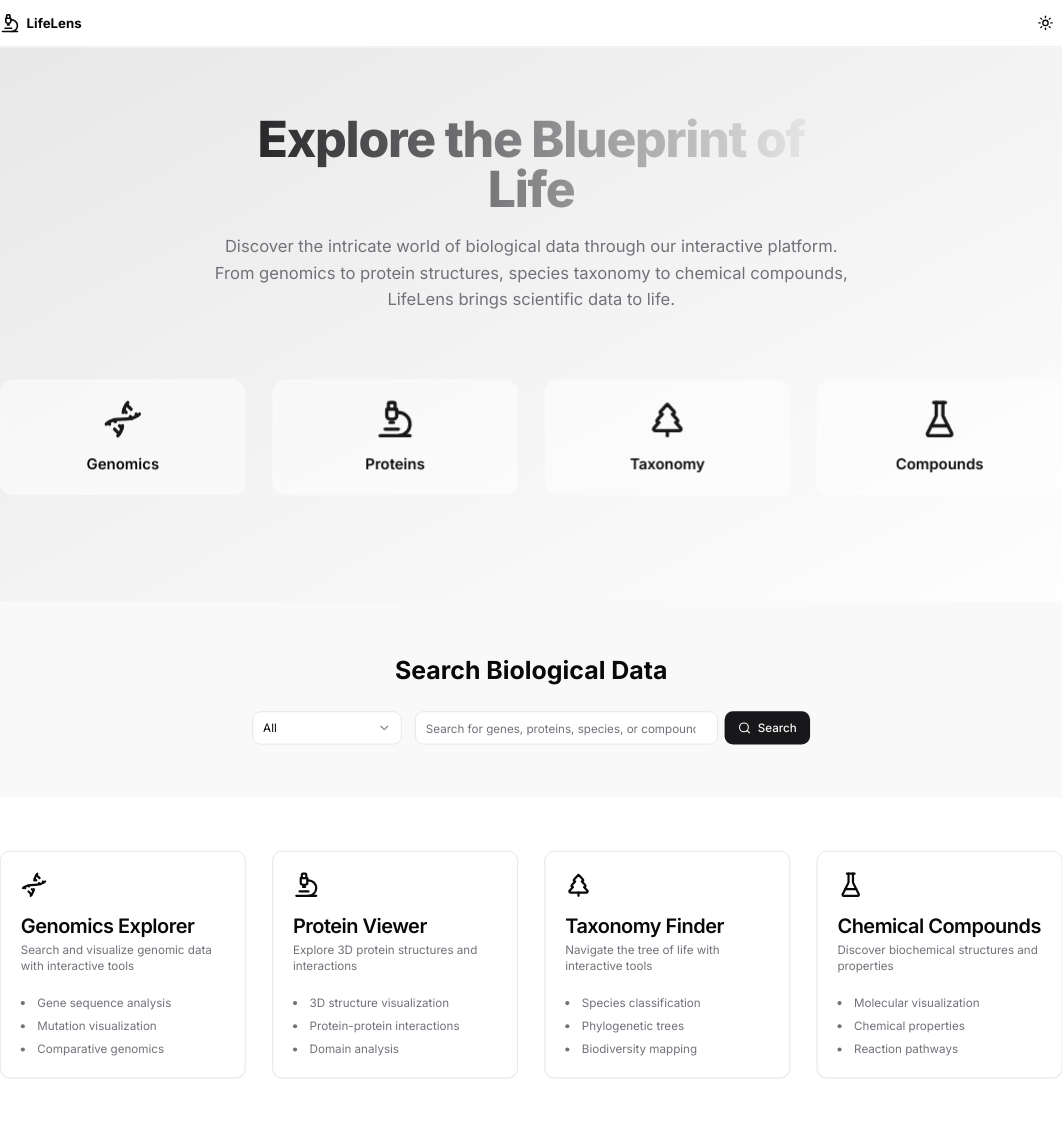
Repository: AlexMercer00/LifeLens
Page: /
An editor plug-in stored every save of this project. The page is shown before and after the next save, followed by the edit.
The browser window is 1280 px wide. The pictures show the whole page, at 83% of full size.
The project was rebuilt for these pictures with package versions that can differ from the ones it lists, and the page was loaded fresh each time. The framework's server and built-in components were replaced by stand-ins that run in the browser. Also part of the build but not shown: next.config.js, components/ui/tabs.tsx, components/ui/badge.tsx, components/search-results.tsx.

Above is the page before, as saved 2024-11-17 14:57:18.

### app/layout.tsx
import type { Metadata } from 'next';
import { Inter } from 'next/font/google';
import { ThemeProvider } from '@/components/theme-provider';
import { Navigation } from '@/components/navigation';
import { Toaster } from '@/components/ui/toaster';
import './globals.css';

const inter = Inter({ subsets: ['latin'] });

export const metadata: Metadata = {
  title: 'LifeLens - Explore the Blueprint of Life Through Data',
  description: 'Discover and visualize biological data including genes, proteins, species, and chemical compounds through an interactive platform.',
};

export default function RootLayout({
  children,
}: {
  children: React.ReactNode;
}) {
  return (
    <html lang="en" suppressHydrationWarning>
      <body className={inter.className}>
        <ThemeProvider
          attribute="class"
          defaultTheme="system"
          enableSystem
          disableTransitionOnChange
        >
          <Navigation />
          <main className="min-h-screen bg-background">
            {children}
          </main>
          <Toaster />
        </ThemeProvider>
      </body>
    </html>
  );
}

### app/page.tsx
import { Hero } from '@/components/hero';
import { Features } from '@/components/features';
import { SearchSection } from '@/components/search-section';

export default function Home() {
  return (
    <div className="flex flex-col min-h-screen">
      <Hero />
      <SearchSection />
      <Features />
    </div>
  );
}

### components/navigation.tsx
// components/navigation.tsx
"use client";

import Link from "next/link";
import { ModeToggle } from "./mode-toggle";
import { Microscope } from 'lucide-react';

export function Navigation() {
  return (
    <header className="sticky top-0 z-50 w-full border-b bg-background/95 backdrop-blur supports-[backdrop-filter]:bg-background/60">
      <div className="container flex h-14 items-center justify-between">
        <Link href="/" className="flex items-center space-x-2">
          <Microscope className="h-6 w-6" />
          <span className="font-bold">LifeLens</span>
        </Link>
        <ModeToggle />
      </div>
    </header>
  );
}

### components/ui/toaster.tsx
'use client';

import { useToast } from '@/hooks/use-toast';
import {
  Toast,
  ToastClose,
  ToastDescription,
  ToastProvider,
  ToastTitle,
  ToastViewport,
} from '@/components/ui/toast';

export function Toaster() {
  const { toasts } = useToast();

  return (
    <ToastProvider>
      {toasts.map(function ({ id, title, description, action, ...props }) {
        return (
          <Toast key={id} {...props}>
            <div className="grid gap-1">
              {title && <ToastTitle>{title}</ToastTitle>}
              {description && (
                <ToastDescription>{description}</ToastDescription>
              )}
            </div>
            {action}
            <ToastClose />
          </Toast>
        );
      })}
      <ToastViewport />
    </ToastProvider>
  );
}

### app/globals.css
@tailwind base;
@tailwind components;
@tailwind utilities;

@layer base {
  :root {
    --background: 0 0% 100%;
    --foreground: 240 10% 3.9%;
    --card: 0 0% 100%;
    --card-foreground: 240 10% 3.9%;
    --popover: 0 0% 100%;
    --popover-foreground: 240 10% 3.9%;
    --primary: 240 5.9% 10%;
    --primary-foreground: 0 0% 98%;
    --secondary: 240 4.8% 95.9%;
    --secondary-foreground: 240 5.9% 10%;
    --muted: 240 4.8% 95.9%;
    --muted-foreground: 240 3.8% 46.1%;
    --accent: 240 4.8% 95.9%;
    --accent-foreground: 240 5.9% 10%;
    --destructive: 0 84.2% 60.2%;
    --destructive-foreground: 0 0% 98%;
    --border: 240 5.9% 90%;
    --input: 240 5.9% 90%;
    --ring: 240 5.9% 10%;
    --radius: 0.75rem;
  }

  .dark {
    --background: 240 10% 3.9%;
    --foreground: 0 0% 98%;
    --card: 240 10% 3.9%;
    --card-foreground: 0 0% 98%;
    --popover: 240 10% 3.9%;
    --popover-foreground: 0 0% 98%;
    --primary: 0 0% 98%;
    --primary-foreground: 240 5.9% 10%;
    --secondary: 240 3.7% 15.9%;
    --secondary-foreground: 0 0% 98%;
    --muted: 240 3.7% 15.9%;
    --muted-foreground: 240 5% 64.9%;
    --accent: 240 3.7% 15.9%;
    --accent-foreground: 0 0% 98%;
    --destructive: 0 62.8% 30.6%;
    --destructive-foreground: 0 0% 98%;
    --border: 240 3.7% 15.9%;
    --input: 240 3.7% 15.9%;
    --ring: 240 4.9% 83.9%;
  }
}

@layer base {
  * {
    @apply border-border;
  }
  body {
    @apply bg-background text-foreground;
  }
}

.gradient-bg {
  background: radial-gradient(circle at top right, hsl(var(--primary)), transparent),
              radial-gradient(circle at bottom left, hsl(var(--secondary)), transparent);
  opacity: 0.15;
}

### components/features.tsx
import {
  Card,
  CardContent,
  CardDescription,
  CardHeader,
  CardTitle,
} from "@/components/ui/card";
import { Dna, Microscope, TreePine, FlaskConical } from 'lucide-react';

export function Features() {
  return (
    <section className="py-16">
      <div className="container">
        <div className="grid gap-8 md:grid-cols-2 lg:grid-cols-4">
          <Card>
            <CardHeader>
              <Dna className="h-8 w-8 mb-4" />
              <CardTitle>Genomics Explorer</CardTitle>
              <CardDescription>
                Search and visualize genomic data with interactive tools
              </CardDescription>
            </CardHeader>
            <CardContent>
              <ul className="list-disc list-inside space-y-2 text-sm text-muted-foreground">
                <li>Gene sequence analysis</li>
                <li>Mutation visualization</li>
                <li>Comparative genomics</li>
              </ul>
            </CardContent>
          </Card>

          <Card>
            <CardHeader>
              <Microscope className="h-8 w-8 mb-4" />
              <CardTitle>Protein Viewer</CardTitle>
              <CardDescription>
                Explore 3D protein structures and interactions
              </CardDescription>
            </CardHeader>
            <CardContent>
              <ul className="list-disc list-inside space-y-2 text-sm text-muted-foreground">
                <li>3D structure visualization</li>
                <li>Protein-protein interactions</li>
                <li>Domain analysis</li>
              </ul>
            </CardContent>
          </Card>

          <Card>
            <CardHeader>
              <TreePine className="h-8 w-8 mb-4" />
              <CardTitle>Taxonomy Finder</CardTitle>
              <CardDescription>
                Navigate the tree of life with interactive tools
              </CardDescription>
            </CardHeader>
            <CardContent>
              <ul className="list-disc list-inside space-y-2 text-sm text-muted-foreground">
                <li>Species classification</li>
                <li>Phylogenetic trees</li>
                <li>Biodiversity mapping</li>
              </ul>
            </CardContent>
          </Card>

          <Card>
            <CardHeader>
              <FlaskConical className="h-8 w-8 mb-4" />
              <CardTitle>Chemical Compounds</CardTitle>
              <CardDescription>
                Discover biochemical structures and properties
              </CardDescription>
            </CardHeader>
            <CardContent>
              <ul className="list-disc list-inside space-y-2 text-sm text-muted-foreground">
                <li>Molecular visualization</li>
                <li>Chemical properties</li>
                <li>Reaction pathways</li>
              </ul>
            </CardContent>
          </Card>
        </div>
      </div>
    </section>
  );
}

### components/search-section.tsx
"use client"

import { useState } from "react"
import { useSearch } from "@/hooks/use-search"
import { SearchResults } from "@/components/search-results"
import { SearchBar } from "@/components/search-bar"

export function SearchSection() {
  const { genes, proteins, compounds, loading, error, search } = useSearch()
  const [searchPerformed, setSearchPerformed] = useState(false)

  const handleSearch = (query: string, type: string) => {
    search(query, type)
    setSearchPerformed(true)
  }

  return (
    <section className="py-16 bg-muted/50">
      <div className="container">
        <div className="max-w-2xl mx-auto">
          <h2 className="text-3xl font-bold text-center mb-8">
            Search Biological Data
          </h2>
          <SearchBar onSearch={handleSearch} loading={loading} />

          {error && (
            <div className="text-red-500 text-center mt-4">{error}</div>
          )}

          {searchPerformed && !loading && !error && (
            <div className="mt-8">
              <SearchResults
                genes={genes}
                proteins={proteins}
                compounds={compounds}
                searchType={genes.length > 0 ? "genes" : proteins.length > 0 ? "proteins" : "compounds"}
              />
            </div>
          )}

          {searchPerformed && !loading && !error && genes.length === 0 && proteins.length === 0 && compounds.length === 0 && (
            <div className="text-center mt-8 text-muted-foreground">
              No results found. Please try a different search query.
            </div>
          )}
        </div>
      </div>
    </section>
  )
}

### components/mode-toggle.tsx
"use client";

import * as React from "react";
import { Moon, Sun } from "lucide-react";
import { useTheme } from "next-themes";
import { Button } from "@/components/ui/button";

export function ModeToggle() {
  const { theme, setTheme } = useTheme();

  return (
    <Button
      variant="ghost"
      size="icon"
      onClick={() => setTheme(theme === "light" ? "dark" : "light")}
    >
      <Sun className="h-[1.2rem] w-[1.2rem] rotate-0 scale-100 transition-all dark:-rotate-90 dark:scale-0" />
      <Moon className="absolute h-[1.2rem] w-[1.2rem] rotate-90 scale-0 transition-all dark:rotate-0 dark:scale-100" />
      <span className="sr-only">Toggle theme</span>
    </Button>
  );
}

### components/ui/card.tsx
import * as React from 'react';

import { cn } from '@/lib/utils';

const Card = React.forwardRef<
  HTMLDivElement,
  React.HTMLAttributes<HTMLDivElement>
>(({ className, ...props }, ref) => (
  <div
    ref={ref}
    className={cn(
      'rounded-lg border bg-card text-card-foreground shadow-sm',
      className
    )}
    {...props}
  />
));
Card.displayName = 'Card';

const CardHeader = React.forwardRef<
  HTMLDivElement,
  React.HTMLAttributes<HTMLDivElement>
>(({ className, ...props }, ref) => (
  <div
    ref={ref}
    className={cn('flex flex-col space-y-1.5 p-6', className)}
    {...props}
  />
));
CardHeader.displayName = 'CardHeader';

const CardTitle = React.forwardRef<
  HTMLParagraphElement,
  React.HTMLAttributes<HTMLHeadingElement>
>(({ className, ...props }, ref) => (
  <h3
    ref={ref}
    className={cn(
      'text-2xl font-semibold leading-none tracking-tight',
      className
    )}
    {...props}
  />
));
CardTitle.displayName = 'CardTitle';

const CardDescription = React.forwardRef<
  HTMLParagraphElement,
  React.HTMLAttributes<HTMLParagraphElement>
>(({ className, ...props }, ref) => (
  <p
    ref={ref}
    className={cn('text-sm text-muted-foreground', className)}
    {...props}
  />
));
CardDescription.displayName = 'CardDescription';

const CardContent = React.forwardRef<
  HTMLDivElement,
  React.HTMLAttributes<HTMLDivElement>
>(({ className, ...props }, ref) => (
  <div ref={ref} className={cn('p-6 pt-0', className)} {...props} />
));
CardContent.displayName = 'CardContent';

const CardFooter = React.forwardRef<
  HTMLDivElement,
  React.HTMLAttributes<HTMLDivElement>
>(({ className, ...props }, ref) => (
  <div
    ref={ref}
    className={cn('flex items-center p-6 pt-0', className)}
    {...props}
  />
));
CardFooter.displayName = 'CardFooter';

export {
  Card,
  CardHeader,
  CardFooter,
  CardTitle,
  CardDescription,
  CardContent,
};

### hooks/use-search.ts
"use client";

import { useState } from 'react';
import { searchGenes } from '@/lib/api/ncbi';
import { searchProteins } from '@/lib/api/uniprot';
import { searchCompounds } from '@/lib/api/pubchem';
import { Gene, Protein, Compound } from '@/lib/api/types';

type SearchResults = {
  genes: Gene[];
  proteins: Protein[];
  compounds: Compound[];
  loading: boolean;
  error: string | null;
};

export function useSearch() {
  const [results, setResults] = useState<SearchResults>({
    genes: [],
    proteins: [],
    compounds: [],
    loading: false,
    error: null,
  });

  const search = async (query: string, type: string) => {
    if (!query.trim()) return;

    setResults(prev => ({ ...prev, loading: true, error: null }));

    try {
      let updatedResults = { ...results, loading: false, error: null };

      if (type === 'all' || type === 'genes') {
        const geneResults = await searchGenes(query);
        updatedResults.genes = geneResults;
      }

      if (type === 'all' || type === 'proteins') {
        const proteinResults = await searchProteins(query);
        updatedResults.proteins = proteinResults;
      }

      if (type === 'all' || type === 'compounds') {
        const compoundResults = await searchCompounds(query);
        updatedResults.compounds = compoundResults;
      }

      setResults(updatedResults);
    } catch (error) {
      setResults(prev => ({
        ...prev,
        loading: false,
        error: 'An error occurred while searching. Please try again.',
      }));
    }
  };

  return { ...results, search };
}

### components/ui/button.tsx
import * as React from 'react';
import { Slot } from '@radix-ui/react-slot';
import { cva, type VariantProps } from 'class-variance-authority';

import { cn } from '@/lib/utils';

const buttonVariants = cva(
  'inline-flex items-center justify-center whitespace-nowrap rounded-md text-sm font-medium ring-offset-background transition-colors focus-visible:outline-none focus-visible:ring-2 focus-visible:ring-ring focus-visible:ring-offset-2 disabled:pointer-events-none disabled:opacity-50',
  {
    variants: {
      variant: {
        default: 'bg-primary text-primary-foreground hover:bg-primary/90',
        destructive:
          'bg-destructive text-destructive-foreground hover:bg-destructive/90',
        outline:
          'border border-input bg-background hover:bg-accent hover:text-accent-foreground',
        secondary:
          'bg-secondary text-secondary-foreground hover:bg-secondary/80',
        ghost: 'hover:bg-accent hover:text-accent-foreground',
        link: 'text-primary underline-offset-4 hover:underline',
      },
      size: {
        default: 'h-10 px-4 py-2',
        sm: 'h-9 rounded-md px-3',
        lg: 'h-11 rounded-md px-8',
        icon: 'h-10 w-10',
      },
    },
    defaultVariants: {
      variant: 'default',
      size: 'default',
    },
  }
);

export interface ButtonProps
  extends React.ButtonHTMLAttributes<HTMLButtonElement>,
    VariantProps<typeof buttonVariants> {
  asChild?: boolean;
}

const Button = React.forwardRef<HTMLButtonElement, ButtonProps>(
  ({ className, variant, size, asChild = false, ...props }, ref) => {
    const Comp = asChild ? Slot : 'button';
    return (
      <Comp
        className={cn(buttonVariants({ variant, size, className }))}
        ref={ref}
        {...props}
      />
    );
  }
);
Button.displayName = 'Button';

export { Button, buttonVariants };

### lib/api/uniprot.ts
import axios from 'axios';
import { API_CONFIG } from './config';
import { Protein } from './types';

export async function searchProteins(query: string): Promise<Protein[]> {
  try {
    const response = await axios.get(`${API_CONFIG.UNIPROT_BASE_URL}/search`, {
      params: {
        query: query,
        format: 'json',
        size: 10,
      },
    });

    return response.data.results.map((protein: any) => ({
      id: protein.primaryAccession,
      name: protein.proteinDescription?.recommendedName?.fullName?.value ||
            protein.proteinDescription?.submissionNames?.[0]?.fullName?.value ||
            'Unknown',
      function: protein.comments?.find((c: any) => c.commentType === 'FUNCTION')?.texts?.[0]?.value || undefined,
    }));
  } catch (error) {
    console.error('Error fetching proteins:', error);
    return [];
  }
}

### lib/api/pubchem.ts
import axios from 'axios';
import { API_CONFIG } from './config';
import { Compound } from './types';

export async function searchCompounds(query: string): Promise<Compound[]> {
  try {
    // Search for compounds by name
    const response = await axios.get(`${API_CONFIG.PUBCHEM_BASE_URL}/compound/name/${encodeURIComponent(query)}/JSON`);

    if (!response.data.PC_Compounds) {
      return [];
    }

    return response.data.PC_Compounds.map((compound: any) => ({
      id: compound.id.id.toString(),
      name: compound.props.find((p: any) => p.urn.label === 'IUPAC Name')?.value?.sval || 'Unknown',
      formula: compound.props.find((p: any) => p.urn.label === 'Molecular Formula')?.value?.sval || undefined,
      molecularWeight: compound.props.find((p: any) => p.urn.label === 'Molecular Weight')?.value?.fval || undefined,
    }));
  } catch (error) {
    console.error('Error fetching compounds:', error);
    return [];
  }
}

### components/ui/input.tsx
import * as React from 'react';

import { cn } from '@/lib/utils';

export interface InputProps
  extends React.InputHTMLAttributes<HTMLInputElement> {}

const Input = React.forwardRef<HTMLInputElement, InputProps>(
  ({ className, type, ...props }, ref) => {
    return (
      <input
        type={type}
        className={cn(
          'flex h-10 w-full rounded-md border border-input bg-background px-3 py-2 text-sm ring-offset-background file:border-0 file:bg-transparent file:text-sm file:font-medium file:text-foreground placeholder:text-muted-foreground focus-visible:outline-none focus-visible:ring-2 focus-visible:ring-ring focus-visible:ring-offset-2 disabled:cursor-not-allowed disabled:opacity-50',
          className
        )}
        ref={ref}
        {...props}
      />
    );
  }
);
Input.displayName = 'Input';

export { Input };

### lib/api/config.ts
export const API_CONFIG = {
  NCBI_BASE_URL: 'https://eutils.ncbi.nlm.nih.gov/entrez/eutils',
  UNIPROT_BASE_URL: 'https://rest.uniprot.org/uniprotkb',
  PDB_BASE_URL: 'https://data.rcsb.org/rest/v1',
  PUBCHEM_BASE_URL: 'https://pubchem.ncbi.nlm.nih.gov/rest/pug',
};

Loaded but not shown: components/theme-provider.tsx (common file); hooks/use-toast.ts (common file); lib/utils.ts (common file); tailwind.config.ts (common file); components/ui/select.tsx (160 lines, source omitted); components/ui/toast.tsx (129 lines, source omitted); components/hero.tsx (78 lines, source omitted); lib/api/ncbi.ts (92 lines, source omitted); components/search-bar.tsx (63 lines, source omitted)

After the next save:
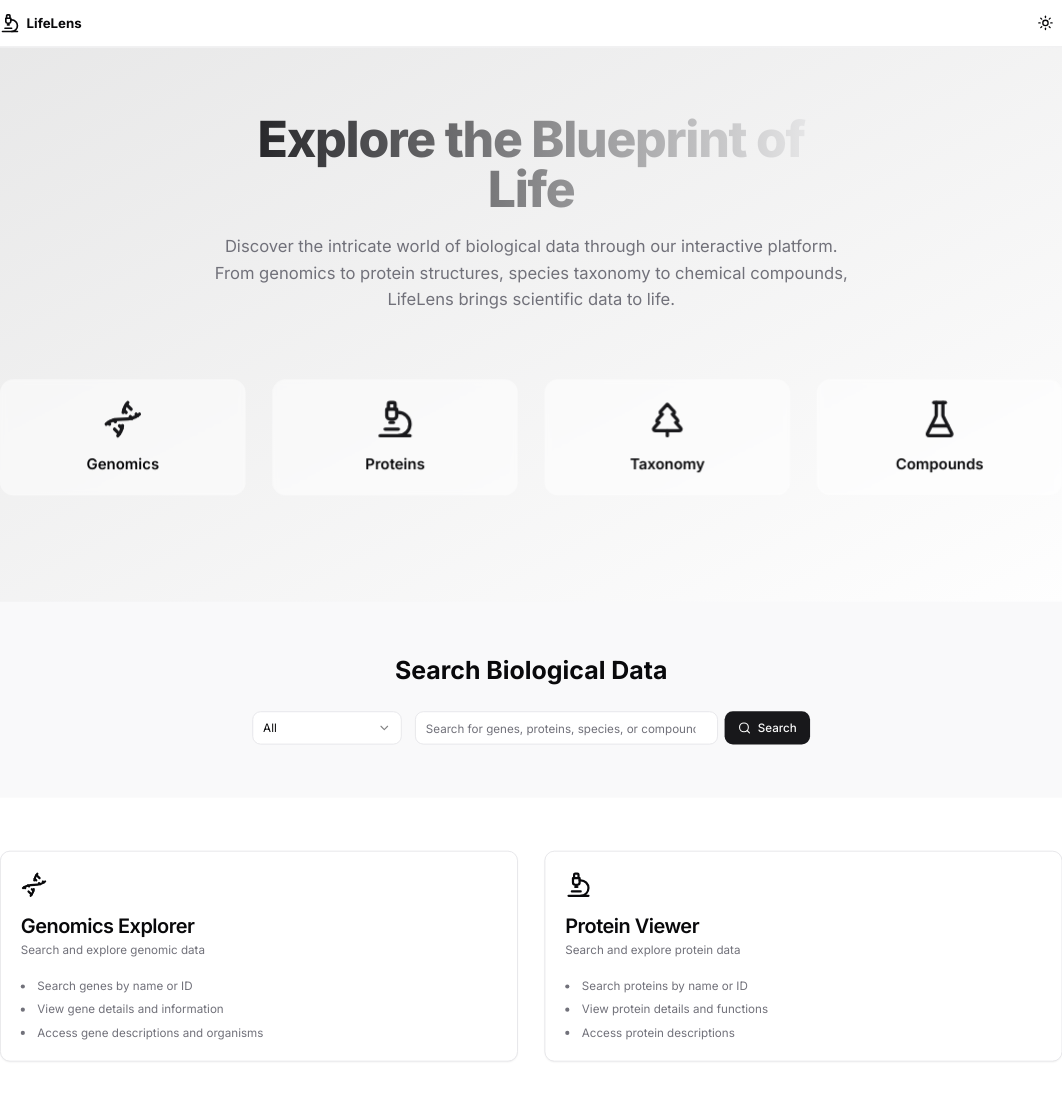
Saved 11 min 47 s later.
--- a/components/features.tsx
+++ b/components/features.tsx
@@ -4,27 +4,27 @@ import {
   CardDescription,
   CardHeader,
   CardTitle,
-} from "@/components/ui/card";
-import { Dna, Microscope, TreePine, FlaskConical } from 'lucide-react';
+} from "@/components/ui/card"
+import { Dna, Microscope } from 'lucide-react'
 
 export function Features() {
   return (
     <section className="py-16">
       <div className="container">
-        <div className="grid gap-8 md:grid-cols-2 lg:grid-cols-4">
+        <div className="grid gap-8 md:grid-cols-2">
           <Card>
             <CardHeader>
               <Dna className="h-8 w-8 mb-4" />
               <CardTitle>Genomics Explorer</CardTitle>
               <CardDescription>
-                Search and visualize genomic data with interactive tools
+                Search and explore genomic data
               </CardDescription>
             </CardHeader>
             <CardContent>
               <ul className="list-disc list-inside space-y-2 text-sm text-muted-foreground">
-                <li>Gene sequence analysis</li>
-                <li>Mutation visualization</li>
-                <li>Comparative genomics</li>
+                <li>Search genes by name or ID</li>
+                <li>View gene details and information</li>
+                <li>Access gene descriptions and organisms</li>
               </ul>
             </CardContent>
           </Card>
@@ -34,53 +34,19 @@ export function Features() {
               <Microscope className="h-8 w-8 mb-4" />
               <CardTitle>Protein Viewer</CardTitle>
               <CardDescription>
-                Explore 3D protein structures and interactions
+                Search and explore protein data
               </CardDescription>
             </CardHeader>
             <CardContent>
               <ul className="list-disc list-inside space-y-2 text-sm text-muted-foreground">
-                <li>3D structure visualization</li>
-                <li>Protein-protein interactions</li>
-                <li>Domain analysis</li>
-              </ul>
-            </CardContent>
-          </Card>
-
-          <Card>
-            <CardHeader>
-              <TreePine className="h-8 w-8 mb-4" />
-              <CardTitle>Taxonomy Finder</CardTitle>
-              <CardDescription>
-                Navigate the tree of life with interactive tools
-              </CardDescription>
-            </CardHeader>
-            <CardContent>
-              <ul className="list-disc list-inside space-y-2 text-sm text-muted-foreground">
-                <li>Species classification</li>
-                <li>Phylogenetic trees</li>
-                <li>Biodiversity mapping</li>
-              </ul>
-            </CardContent>
-          </Card>
-
-          <Card>
-            <CardHeader>
-              <FlaskConical className="h-8 w-8 mb-4" />
-              <CardTitle>Chemical Compounds</CardTitle>
-              <CardDescription>
-                Discover biochemical structures and properties
-              </CardDescription>
-            </CardHeader>
-            <CardContent>
-              <ul className="list-disc list-inside space-y-2 text-sm text-muted-foreground">
-                <li>Molecular visualization</li>
-                <li>Chemical properties</li>
-                <li>Reaction pathways</li>
+                <li>Search proteins by name or ID</li>
+                <li>View protein details and functions</li>
+                <li>Access protein descriptions</li>
               </ul>
             </CardContent>
           </Card>
         </div>
       </div>
     </section>
-  );
+  )
 }
